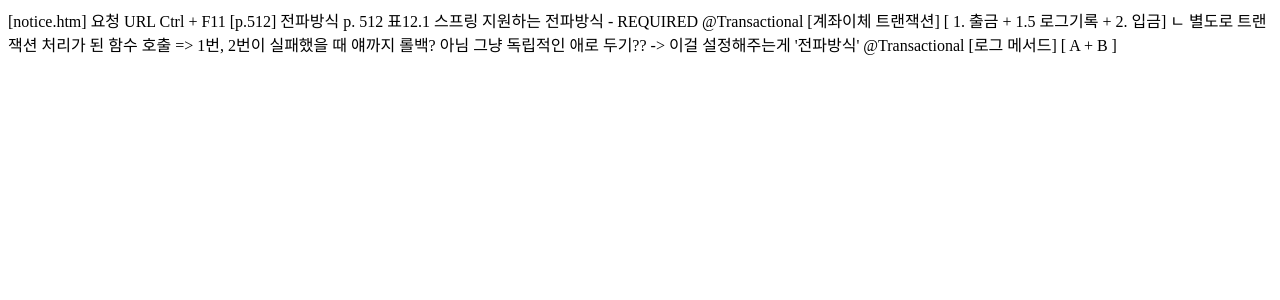
Repository: Vida0822/-
Page: SL07_NLTRANSACTION3_PROPAGATION/src/main/webapp/customer/notice.htm
The author's editor kept a copy of each file at every save. The page is drawn from the files as they stood at one save, then again after the next save.
The browser window is 1280 px wide. The pictures show the whole page.

Above is the page before, as saved 2023-06-29 03:27:03.

### SL07_NLTRANSACTION3_PROPAGATION/src/main/webapp/customer/notice.htm
[notice.htm] 요청 URL
Ctrl + F11

[p.512] 전파방식

p. 512 표12.1 스프링 지원하는 전파방식 - REQUIRED

	@Transactional
	[계좌이체 트랜잭션]
	[ 1. 출금   +  1.5 로그기록  +   2. 입금]
						ㄴ 별도로 트랜잭션 처리가 된 함수 호출
							=> 1번, 2번이 실패했을 때 얘까지 롤백? 아님 그냥 독립적인 애로 두기?? -> 이걸 설정해주는게 '전파방식'
	@Transactional
	[로그 메서드]
	[ A   +   B ]

After the next save:
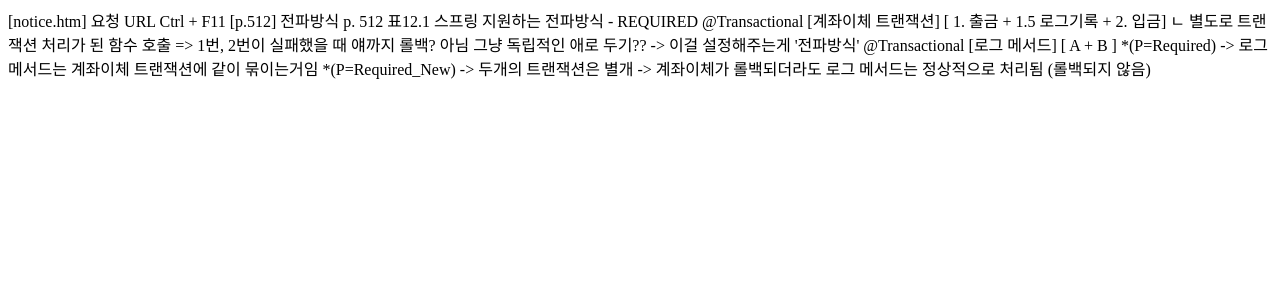
Saved 3 min 8 s later.
--- a/SL07_NLTRANSACTION3_PROPAGATION/src/main/webapp/customer/notice.htm
+++ b/SL07_NLTRANSACTION3_PROPAGATION/src/main/webapp/customer/notice.htm
@@ -10,6 +10,10 @@
 	[ 1. 출금   +  1.5 로그기록  +   2. 입금]
 						ㄴ 별도로 트랜잭션 처리가 된 함수 호출
 							=> 1번, 2번이 실패했을 때 얘까지 롤백? 아님 그냥 독립적인 애로 두기?? -> 이걸 설정해주는게 '전파방식'
+
 	@Transactional
 	[로그 메서드]
 	[ A   +   B ]
+
+	*(P=Required) -> 로그메서드는 계좌이체 트랜잭션에 같이 묶이는거임
+	*(P=Required_New) -> 두개의 트랜잭션은 별개 -> 계좌이체가 롤백되더라도 로그 메서드는 정상적으로 처리됨 (롤백되지 않음)
